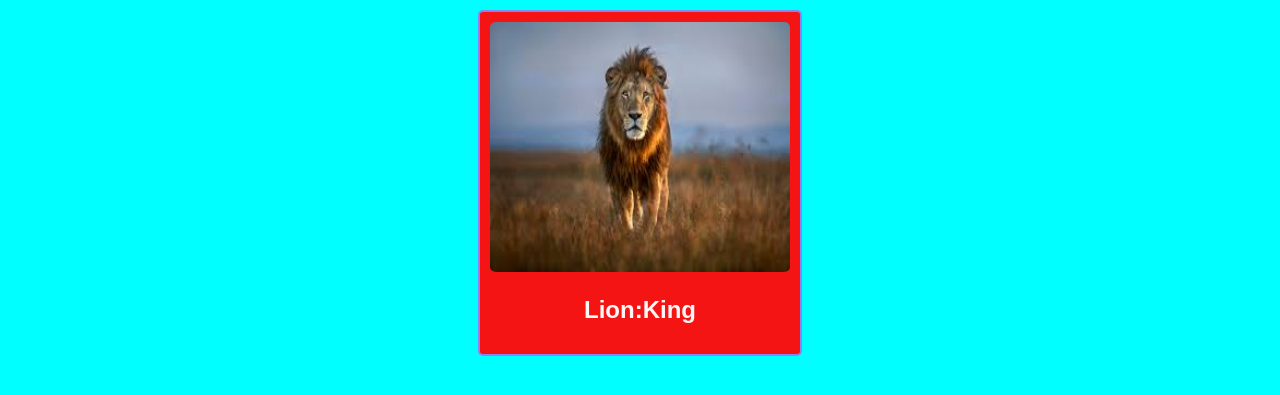
Repository: KingBoyMaylow/Animal-trading-card
Page: index.html
These files come from the project's save history. The page is drawn as it stood at one moment and after the next save; the edit follows.
The browser window is 1280 px wide. The pictures show the whole page.

Above is the page before, as saved 2024-05-13 22:03:58.

### index.html
<!DOCTYPE html>
<html lang="en">
<head>
    <meta charset="UTF-8">
    <meta name="viewport" content="width=device-width, initial-scale=1.0">
    <title>Document</title>
</head>
<body>
    <style>
    body {
        font-family: Arial, sans-serif;
        text-align: center;
        background-color: aqua;
    }
    .card {
        width: 300px;
        border: 2px solid #8a83f1;
        border-radius: 5px;
        margin: 10px auto;
        padding: 10px;
        background-color: #f51414;
    }
    .card img {
        width: 100%;
        border-radius: 2%;
        height: 250px;
    }
    .card h2 {
        color: #fcf7f7;
    }
    .card p {
        color: #666;
    }
</style>
</head>
<body>
    <div class="card">
        <img src="lion.jpeg" alt="Lion">
        <h2>Lion:King</h2>
    </div>
</body>
</html>

After the next save:
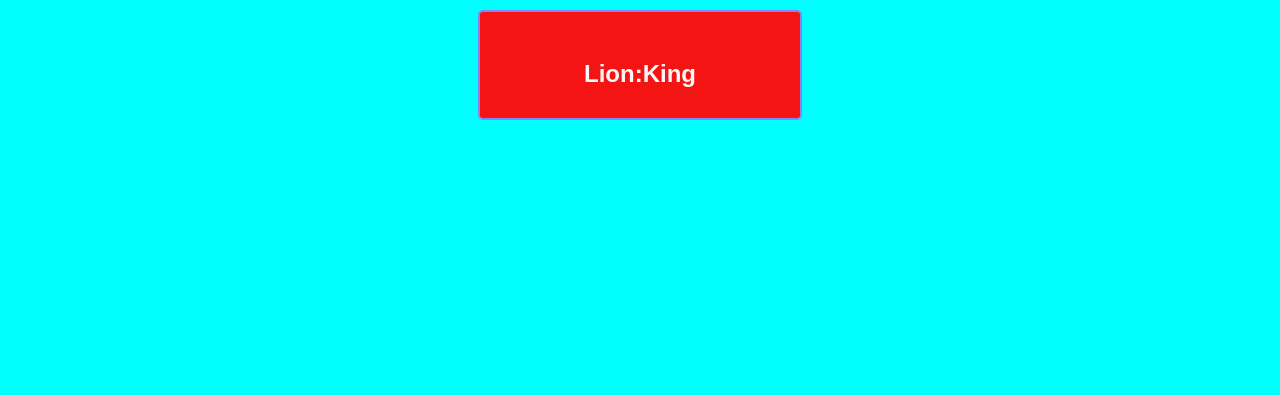
Saved 16 s later.
--- a/index.html
+++ b/index.html
@@ -23,7 +23,7 @@
     .card img {
         width: 100%;
         border-radius: 2%;
-        height: 250px;
+        height: 0px;
     }
     .card h2 {
         color: #fcf7f7;
